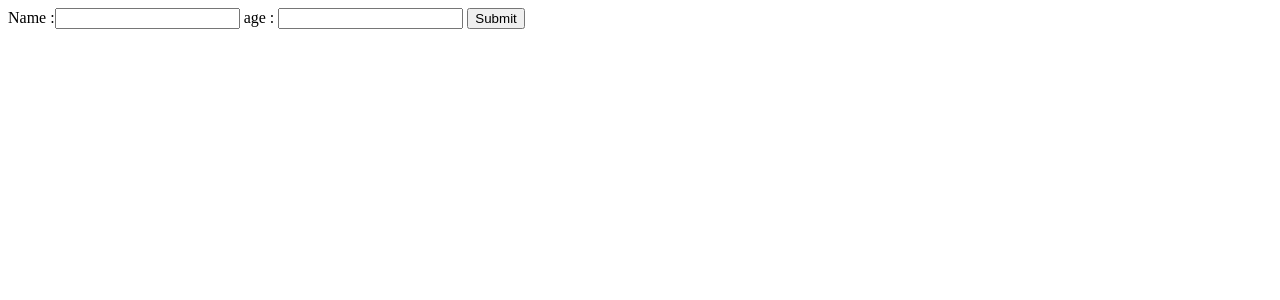
Repository: sushmasetti/Angular1
Page: Eclipse/Test1/WebContent/Language.html
The author's editor kept a copy of each file at every save. The page is drawn from the files as they stood at one save, then again after the next save.
The browser window is 1280 px wide. The pictures show the whole page.

Above is the page before, as saved 2019-08-09 22:39:45.

### Eclipse/Test1/WebContent/Language.html
<!DOCTYPE html>
<html>
<head>
<meta charset="ISO-8859-1">
<title>Insert title here</title>
</head>
<body>
<form action="welcome.jsp">
Name :<input type ="text" name="name"/>
age : <input type ="text" name="age"/>
<input type ="submit"/>
</body>
</html>

After the next save:
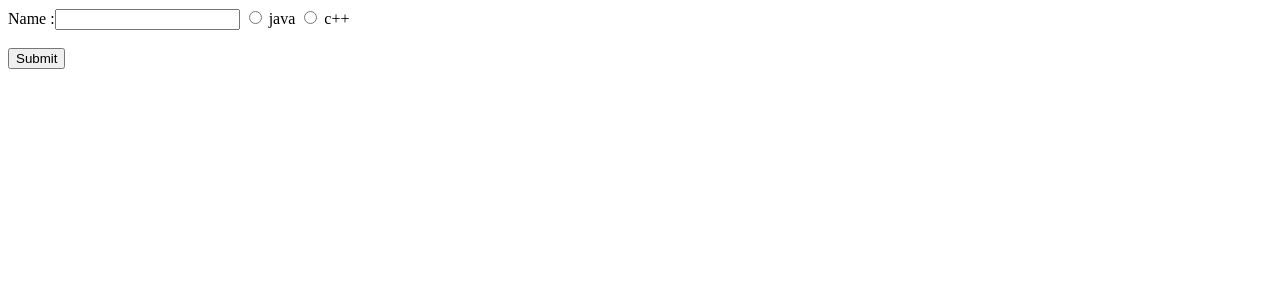
Saved 3 min 50 s later.
--- a/Eclipse/Test1/WebContent/Language.html
+++ b/Eclipse/Test1/WebContent/Language.html
@@ -5,9 +5,15 @@
 <title>Insert title here</title>
 </head>
 <body>
-<form action="welcome.jsp">
+<form action="language.jsp">
 Name :<input type ="text" name="name"/>
-age : <input type ="text" name="age"/>
+ <INPUT TYPE="radio" NAME="radios" VALUE="java" C>
+           java
+           <INPUT TYPE="radio" NAME="radios" VALUE="c++">
+            c++
+           <BR>
+           <br>
+
 <input type ="submit"/>
 </body>
 </html>
